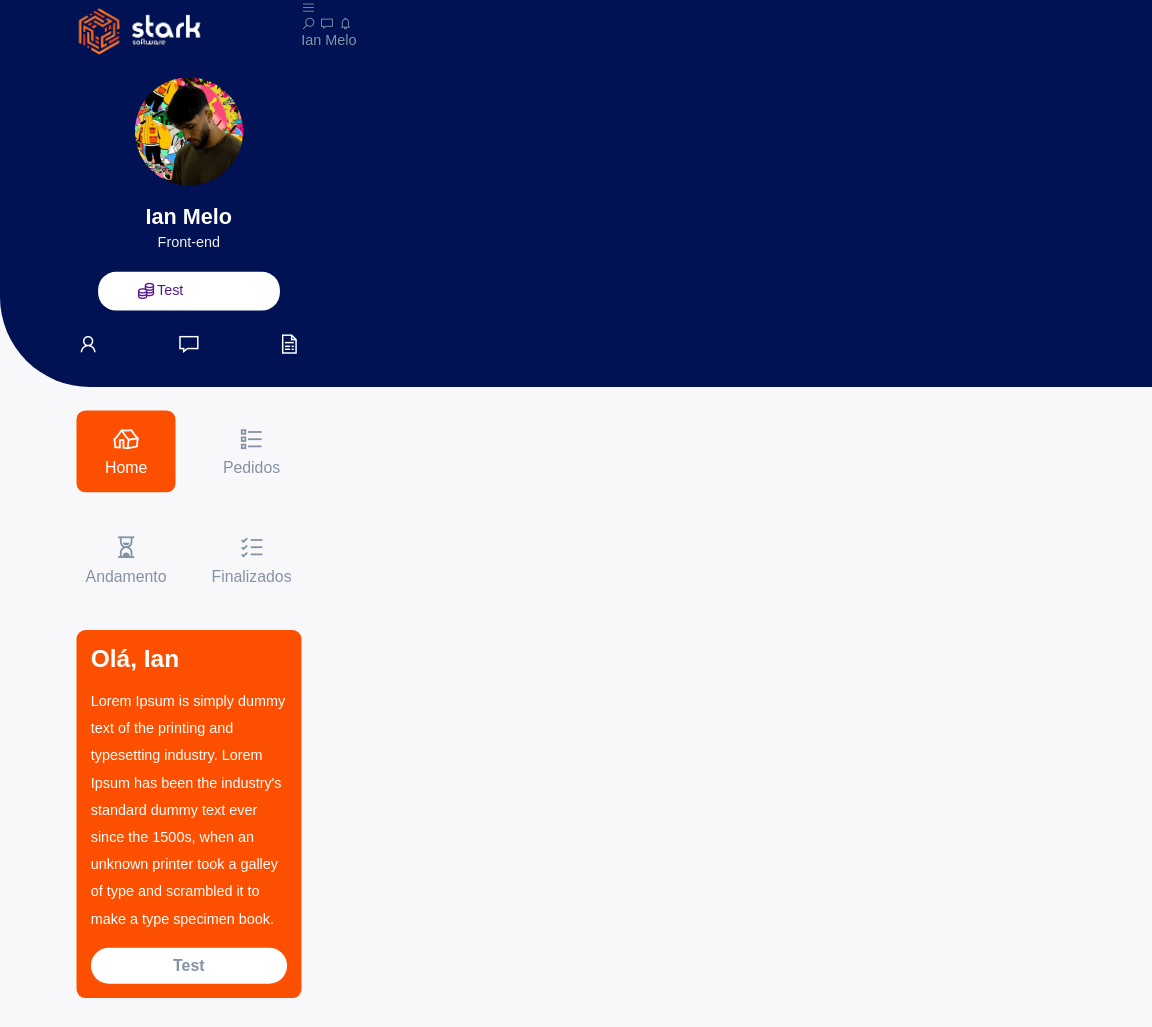
Repository: ichumbo/StarkDashboard
Page: index.html
The author's editor kept a copy of each file at every save. The page is drawn from the files as they stood at one save, then again after the next save.
The browser window is 1280 px wide. The pictures show the whole page, at 90% of full size.
Pictures or frames that could not be fetched are drawn as grey boxes.

Above is the page before, as saved 2023-06-06 19:36:37.

### index.html
<!DOCTYPE html>
<html lang="pt-br">
<head>

    <meta charset="UTF-8">
    <meta http-equiv="X-UA-Compatible" content="IE=edge">
    <meta name="viewport" content="width=device-width, initial-scale=1.0">
    <title>Stark</title>
    <!--CSS-->
    <link rel="stylesheet" href="css/style.css">
    <!--Icons-->
    <link rel="stylesheet" href="https://maxst.icons8.com/vue-static/landings/line-awesome/font-awesome-line-awesome/css/all.min.css">
    <link rel="stylesheet" href="https://maxst.icons8.com/vue-static/landings/line-awesome/line-awesome/1.3.0/css/line-awesome.min.css">

</head>
<body>
    <div class="page-wrapper">
        <input type="checkbox" name="" id="menu-toggle">

        <div class="sidebar">
            <div class="brand">
                <img src="./img/blackicon.png" alt="stark" class="icon-header">
            </div>

            <div class="profile-card">
                <div class="profile-img">
                    <img src="./img/iconphoto.png" alt="Perfil" class="photo-header">
                </div>
                <div class="profile-info">
                    <h2>Ian Melo</h2>
                    <small>Front-end</small>
                </div>
                <div class="profile-action">
                    <a href="" class="btn btn-white">
                        <span class="las la-coins"></span>
                        Test
                    </a>
                </div>
                <div class="profile-icons">
                    <span class="las la-user"></span>
                    <span class="las la-comment-alt"></span>
                    <span class="las la-file-invoice"></span>
                </div>
            </div>

            <!--Menu-->

            <div class="sidebar-menu">
                <div class="menu-item">
                    <a href="" class="active">
                        <span class="las la-campground"></span>
                        <span>Home</span>
                    </a>
                </div>

                <div class="menu-item">
                    <a href="">
                        <span class="las la-list"></span>
                        <span>Pedidos</span>
                    </a>
                </div>

                <div class="menu-item">
                    <a href="">
                        <span class="las la-hourglass-half"></span>
                        <span>Andamento</span>
                    </a>
                </div>

                <div class="menu-item">
                    <a href="">
                        <span class="las la-list-alt"></span>
                        <span>Finalizados</span>
                    </a>
                </div>

            </div>

            <!--Cards-->
            <div class="sidebar-card">
                <h3>Olá, Ian</h3>
                <p>Lorem Ipsum is simply dummy text of the printing and typesetting industry. Lorem Ipsum has been the industry's standard dummy text ever since the 1500s, when an unknown printer took a galley of type and scrambled it to make a type specimen book.
                </p>
                <a href="" class="btn btn-block btn-white">Test</a>
            </div>
        </div>

        <!--Header-->
        <div class="main-content">
            <header>
                <label for="menu-toggle">
                    <span class="las la-bars"></span>
                </label>

                <div class="head-icons">
                    <span class="las la-search"></span>
                    <span class="las la-comment-alt"></span>
                    <span class="las la-bell"></span>
                    <div class="head-avartar">
                        <div class="avatar" style="background-image: url(img/1.jpeg)"></div>
                    </div>
                    <span>Ian Melo</span>
                </div>
            </header>

            <!--Main-->
            <main>

            </main>
        </div>
    </div>
</body>
</html>

### css/style.css
@import url(./global.css);
@import url(./color.css);
@import url(./sidebar.css);

/*------------------------------------------------------------------------------------------------------------------------------------------*/

#menu-toggle {
    display: none;
}

### css/global.css
@import url('https://fonts.googleapis.com');

* {
    font-family: 'Nunito', sans-serif;
    text-decoration: none;
    list-style-type: none;
    padding: 0;
    margin: 0;
    box-sizing: border-box;
}

body {
    color: var(--main-text);
    background: var(--bg-body);
}

.icon-header {
    width: 140px;
}

.photo-header {
    width: 120px;

}

.btn {
    border: none;
    outline: none;
    border-radius: 20px;
    padding: .6rem 2rem;
    display: flex;
    align-items: center;
}

.btn-white {
    background: var(--color-white);
}

.btn span {
    font-size: 1.5rem;
    display: inline-block;
    margin-left: .6rem;
}

.page-wrapper {
    width: 93%;
    margin: auto;
    display: flex;
}

.page-wrapper::before {
    content: "";
    width: 100%;
    height: 430px;
    position: absolute;
    left: 0;
    top: 0;
    background: var(--color-3);
    z-index: -1;
    border-radius: 0px 0px 0px 100px;
}

### css/color.css
:root {
    --color-main: #FC4F00;
    --color-secondary: #E57C23;
    --color-3: #001253;
    --color-dark: #100F0F;
    --color-dark-secundary: #181823;
    --bg-body: #F8F8FB;
    --color-white: #FFFFFF;
    --main-accent: #DC8449;
    --main-text: #8492A6;
    --success: #28A745;
    --danger: #DC3545;
    --shadow: rgba(0, 0, 0, 0.15) 0px 2px 8px;
}

### css/sidebar.css
.sidebar {
    width: 250px;
    margin-left: 40px;
}

.brand {
    height: 70px;
    display: flex;
    align-items: center;
}

.brand h3 {
    font-size: 1.8rem;
    color: var(--color-white);
}

/*-----------------------------------------------PROFILE----------------------------------------------*/

.profile-card {
    text-align: center;
    margin: 1rem 0rem;
}

.profile-img {
    height: 120px;
    width: 120px;
    border-radius: 50%;
    margin: auto;
    background-size: cover;
    background-repeat: no-repeat;
    margin-bottom: 1.3rem;
}

.profile-info {
    color: var(--color-white);
}

.profile-info h2 {
    margin-bottom: .3rem;
}

.profile-info small {
    font-size: 1rem;
    color: #EFEFEF;
}

.profile-action {
    margin: 1.5rem;
}

.profile-icons {
    display: flex;
    justify-content: space-between;
    align-items: center;
    margin-bottom: 3.8rem;
}

.profile-icons span {
    display: inline-block;
    color: var(--color-white);
    font-size: 1.65rem;
}

/*-----------------------------------------------MENU----------------------------------------------*/

.sidebar-menu {
    display: grid;
    grid-template-columns: repeat(2, 1fr);
    grid-gap: 1.8rem;
}

.menu-item a {
    display: block;
    width: 100%;
    padding: 1rem 0rem;
   border-radius: 10px;
}

.menu-item a span {
    display: block;
    text-align: center;
    color: var(--main-text);
    font-size: 1.1rem;
}

.menu-item a span:first-child {
    font-size: 2rem;
    margin-bottom: .4rem;
}

.menu-item a.active {
    background: var(--color-main);
}

.menu-item a.active span {
    color: var(--color-white);
}

/*-----------------------------------------------Cards----------------------------------------------*/

.sidebar-card {
    padding: 1rem;
    border-radius: 10px;
    background: var(--color-main);
    margin: 2rem 0rem;
    color: var(--color-white);
}

.sidebar-card h3 {
    margin-bottom: 1rem;
    font-size: 1.7rem;
}

.sidebar-card p {
    line-height: 1.9rem;
    margin-bottom: 1rem;
}

.sidebar-card a {
    text-align: center;
    font-weight: 600;
    color: var(--main-text);
    display: block;
    font-size: 1.1rem;
}

After the next save:
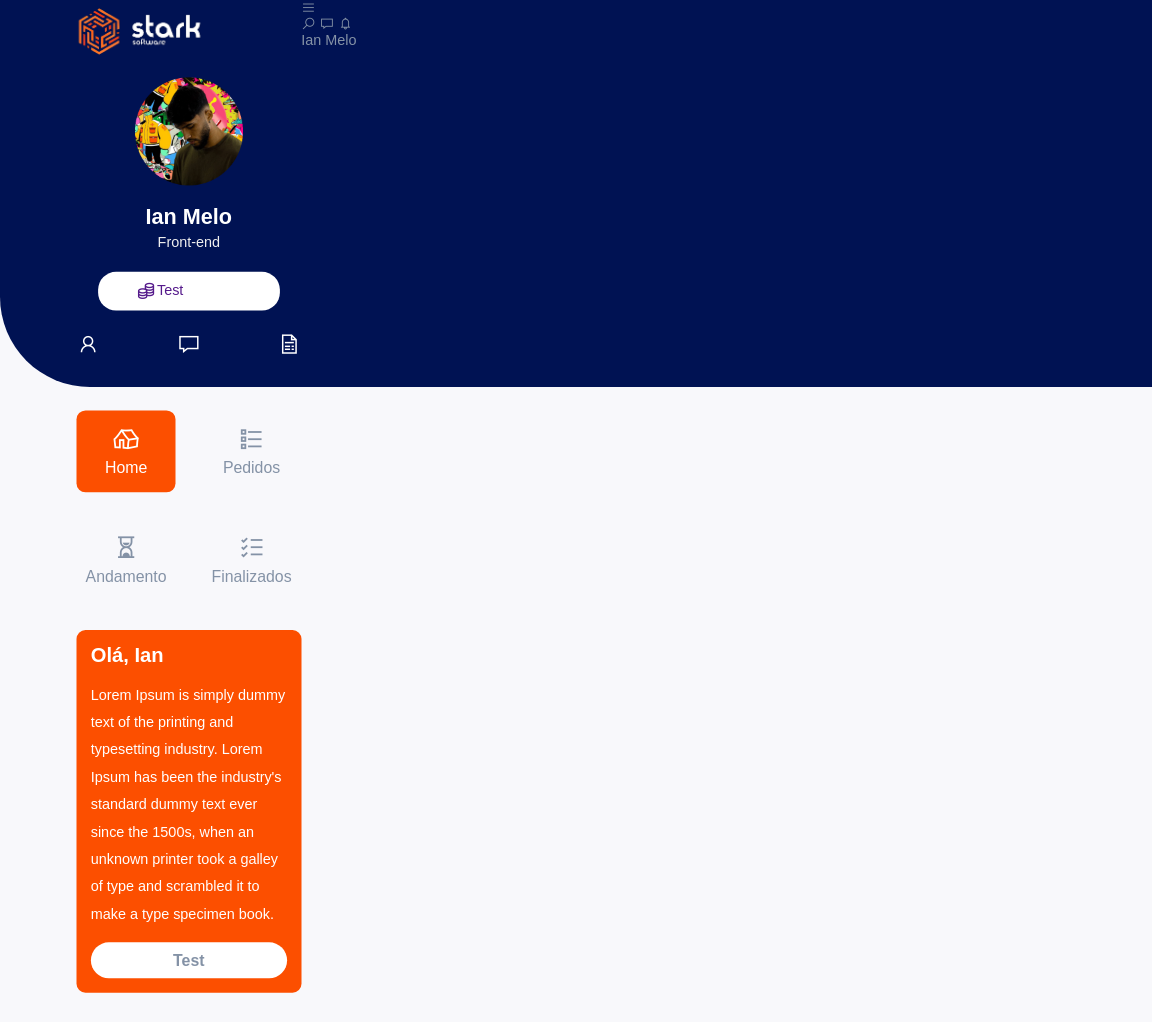
Saved 8 s later.
--- a/css/sidebar.css
+++ b/css/sidebar.css
@@ -108,7 +108,7 @@
 
 .sidebar-card h3 {
     margin-bottom: 1rem;
-    font-size: 1.7rem;
+    font-size: 1.4rem;
 }
 
 .sidebar-card p {
